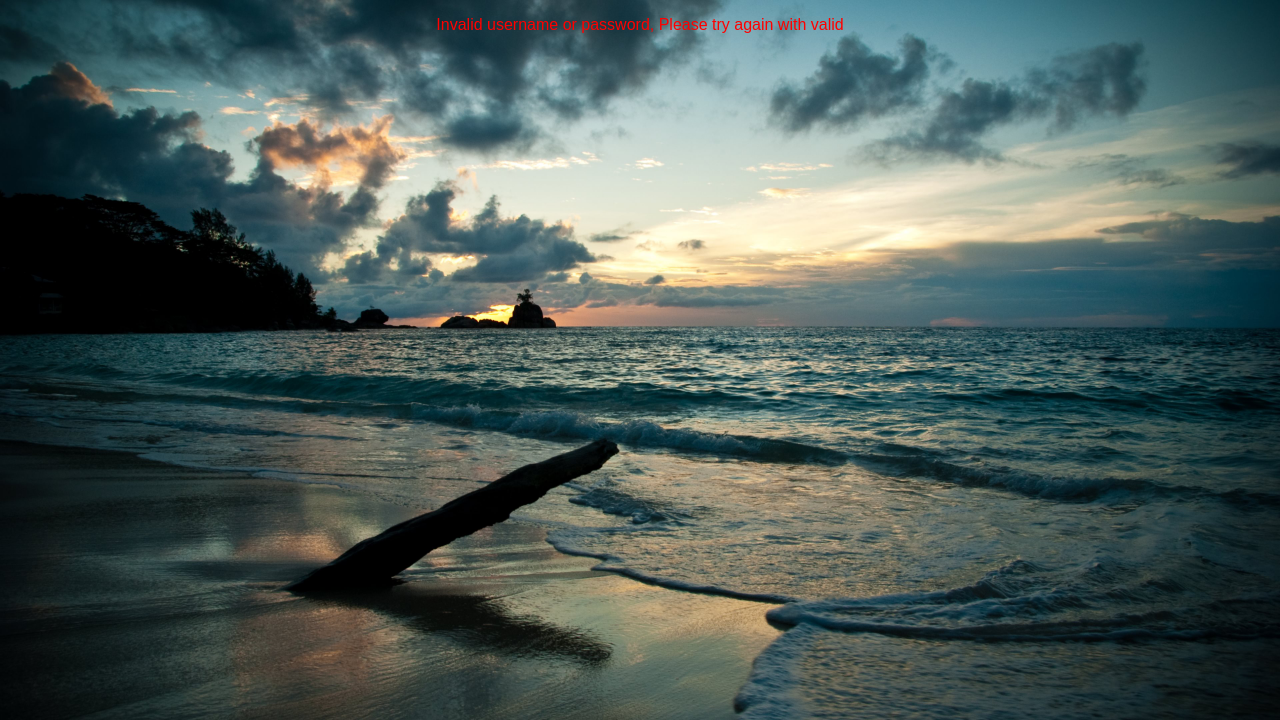
Repository: Berilinanir/Login-Logout-System
Page: Loginn/WebContent/error.html
An editor plug-in stored every save of this project. The page is shown before and after the next save, followed by the edit.
The browser window is 1280 px wide. The pictures show the whole page.

Above is the page before, as saved 2018-10-13 19:20:07.

### Loginn/WebContent/error.html
<!DOCTYPE html>
<html>
<head>
<meta charset="UTF-8">
<title>Insert title here</title>

<link rel="stylesheet" href="style4.css">


</head>
<body>




<p style="color:red" align="center" >Invalid username or password, Please try again with valid </p>





</body>


</html>

### Loginn/WebContent/style4.css
@charset "UTF-8";


body{

	margin:0;
	padding:0;
	font-family:sans-serif;
	background:url("resim5.jpg") no-repeat;
	background-size:cover;

}

After the next save:
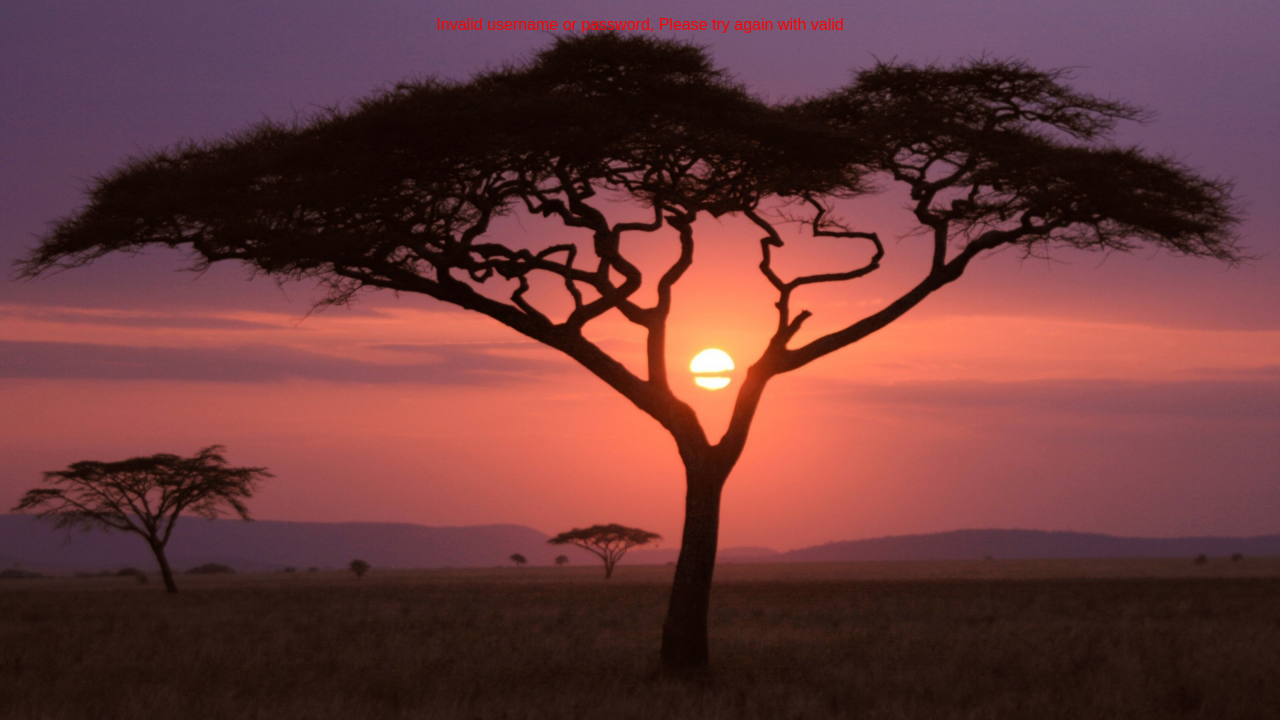
Saved 13 h 39 min later.
--- a/Loginn/WebContent/style4.css
+++ b/Loginn/WebContent/style4.css
@@ -6,7 +6,7 @@ body{
 	margin:0;
 	padding:0;
 	font-family:sans-serif;
-	background:url("resim5.jpg") no-repeat;
+	background:url("resim6.jpg") no-repeat;
 	background-size:cover;
 
 }
